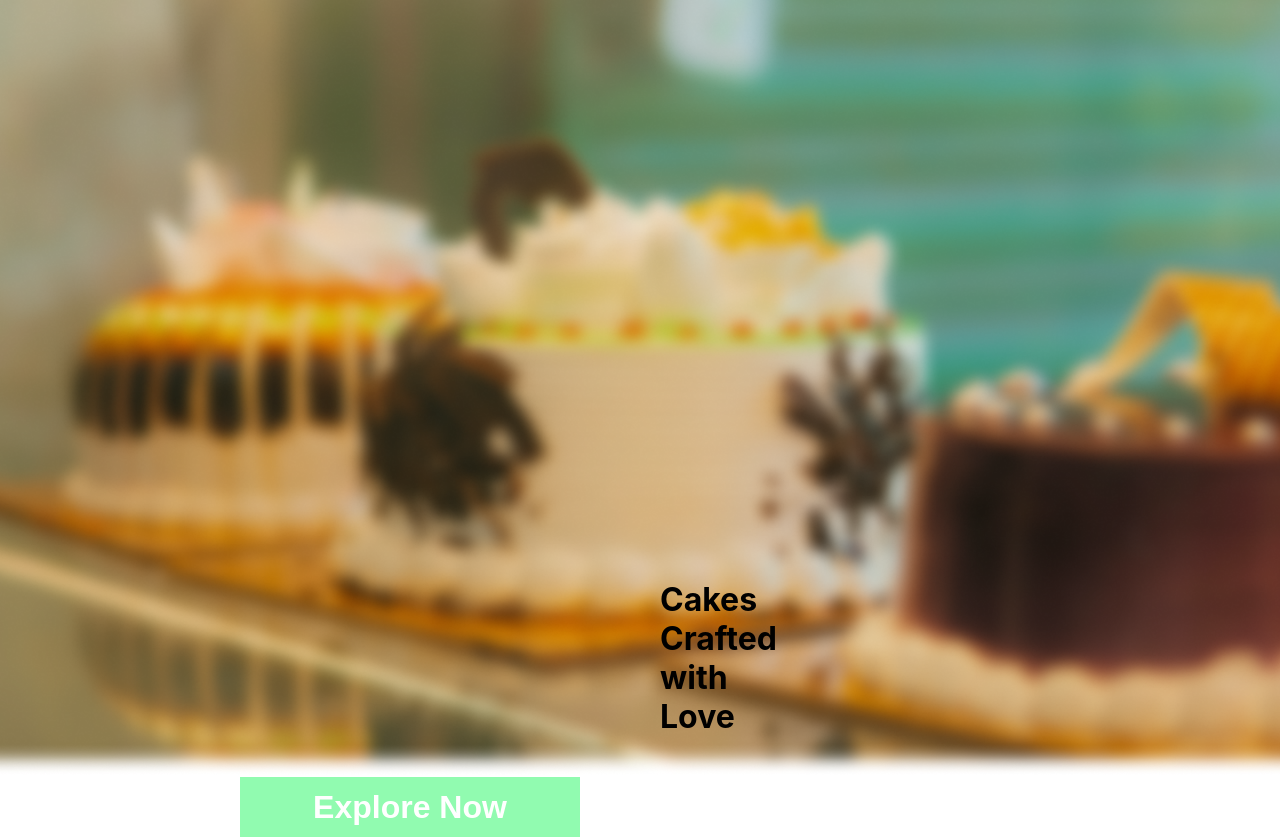
Repository: MEROO1010/cake-box-website
Page: / (app in Cake_box/cake_website/cake_frontend/)
An editor plug-in stored every save of this project. The page is shown before and after the next save, followed by the edit.
The browser window is 1280 px wide. The pictures show the whole page.
The project was rebuilt for these pictures with package versions that can differ from the ones it lists, and the page was loaded fresh each time.

Above is the page before, as saved 2024-10-22 12:03:22.

### Cake_box/cake_website/cake_frontend/src/App.jsx
import { BrowserRouter as Router, Routes, Route } from 'react-router-dom';
import  Homepage from './components/HomePage/Homepage';

function App() {
    return (
        <Router>
            <Routes>
                <Route path="/" element={<Homepage />} />
            </Routes>
        </Router>
    );
}

export default App;

### Cake_box/cake_website/cake_frontend/src/components/HomePage/Homepage.jsx
import React from 'react'
import Homepagebg from '../assets/HomePage.png';
import styled from 'styled-components';

const Homepage = () => {
  return (
    <Container>

    <img src={Homepagebg} alt=""/>

    <h1>Cakes<br/> Crafted<br/> with<br/> Love</h1>

    <button>Explore Now</button>

    </Container>
  )
}

export default Homepage

const Container = styled.div `
   img{
    width: 100%;

   }

   h1{
    color:black;
    margin-left:660px;
    margin-top:-200px;
    padding-bottom:20px;
    top:1400px;
   }

   button{
    background-color:#91FBB0;
    color:white;
    border:none;
    width:340px;
    height:60px;
    font-size:32px;
    font-weight:bold;
    margin-left:240px;
   }

  `

Loaded but not shown: Cake_box/cake_website/cake_frontend/public/index.html (common file); Cake_box/cake_website/cake_frontend/src/index.js (common file); Cake_box/cake_website/cake_frontend/src/index.css (common file); Cake_box/cake_website/cake_frontend/src/reportWebVitals.js (common file)

After the next save:
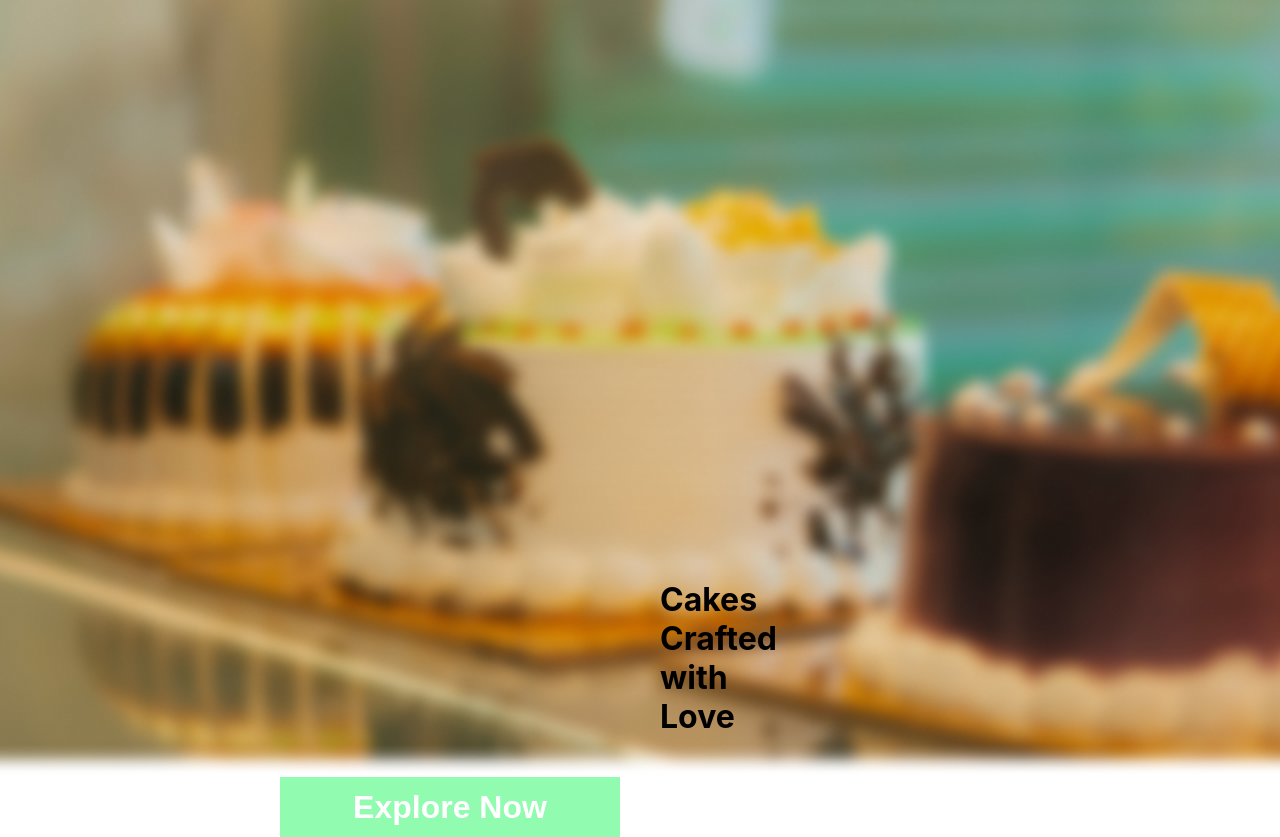
Saved 70 s later.
--- a/Cake_box/cake_website/cake_frontend/src/components/HomePage/Homepage.jsx
+++ b/Cake_box/cake_website/cake_frontend/src/components/HomePage/Homepage.jsx
@@ -40,7 +40,7 @@ const Container = styled.div `
     height:60px;
     font-size:32px;
     font-weight:bold;
-    margin-left:240px;
+    margin-left:280px;
    }
 
   `
